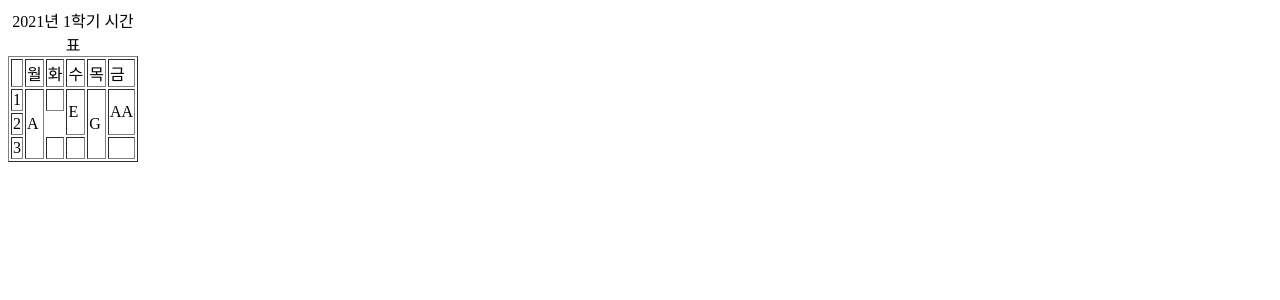
Repository: o-ddong/JSP
Page: ch1_html/WebContent/hello.html
These files come from the project's save history. The page is drawn as it stood at one moment and after the next save; the edit follows.
The browser window is 1280 px wide. The pictures show the whole page.

Above is the page before, as saved 2021-03-03 05:52:43.

After the next save:
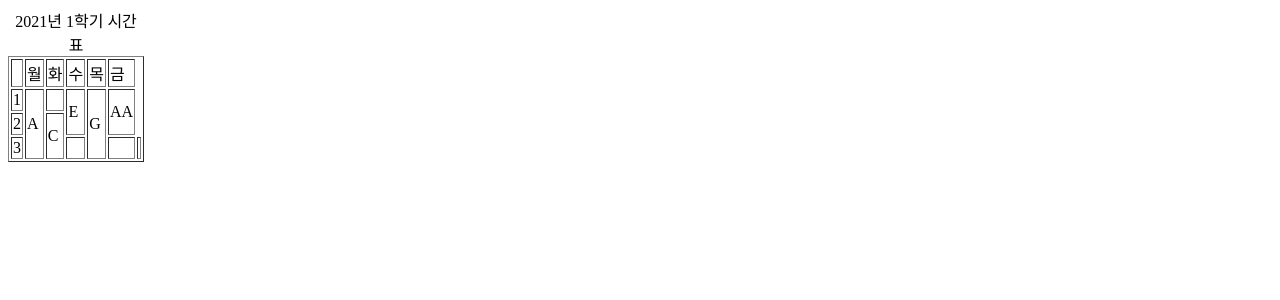
Saved 37 s later.
--- a/ch1_html/WebContent/hello.html
+++ b/ch1_html/WebContent/hello.html
@@ -32,6 +32,7 @@
 	</tr>
 	<tr>
 		<td>2</td>
+		<td rowspan=3>C</td>
 	</tr>
 	<tr>
 		<td>3</td>
